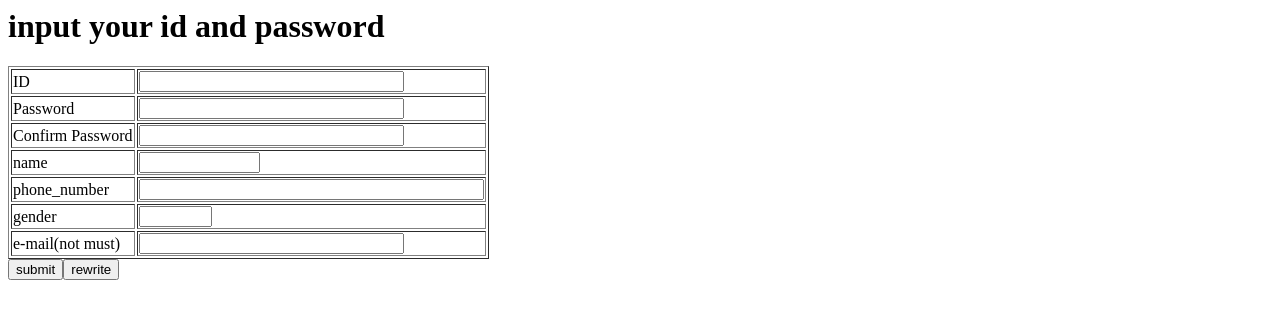
Repository: spero-spera/termproject
Page: http://localhost/login/login.php
The author's editor kept a record of every edit. The page is drawn from the files as they stood at one moment, then again after the next edit.
The browser window is 1280 px wide. The pictures show the whole page.
The page is run by PHP 8.4 with error messages shown; the project is at /var/www/html/.

Above is the page before.

After the next edit:
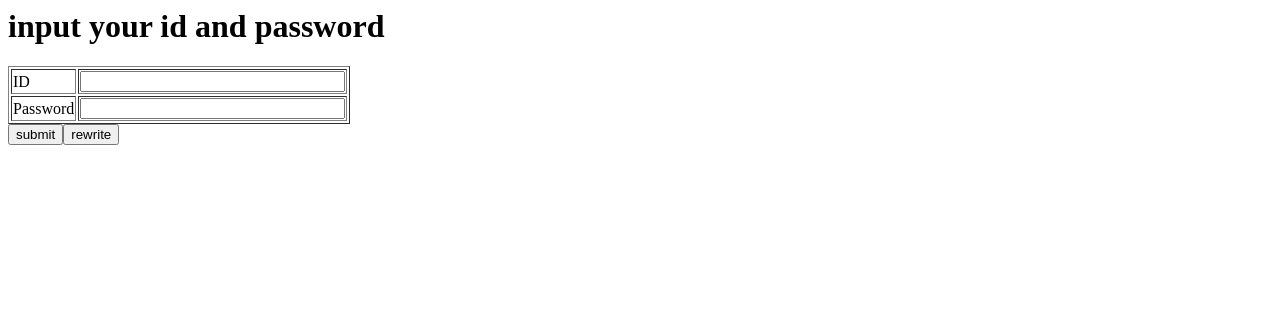
The edit:
--- a/login/login.php
+++ b/login/login.php
@@ -15,26 +15,6 @@
    <td>Password</td>
    <td><input type="password" size="30" name="pwd"></td>
   </tr>
-  <tr>
-   <td>Confirm Password</td>
-   <td><input type="password" size="30" name="pwd2"></td>
-  </tr>
-  <tr>
-   <td>name</td>
-   <td><input type="text" size="12" maxlength="20" name="name"></td>
-  </tr>
-  <tr>
-   <td>phone_number</td>
-   <td><input type="text" size="40" name="phone"></td>
-  </tr>
-  <tr>
-   <td>gender</td>
-   <td><input type="text" size="6" maxlength="6" name="gender"></td>
-  </tr>
-  <tr>
-   <td>e-mail(not must)</td>
-   <td><input type="text" size="30" name="email"></td>
-  </tr>
  </table>
  <input type=submit value="submit"><input type=reset value="rewrite">
 </form>
